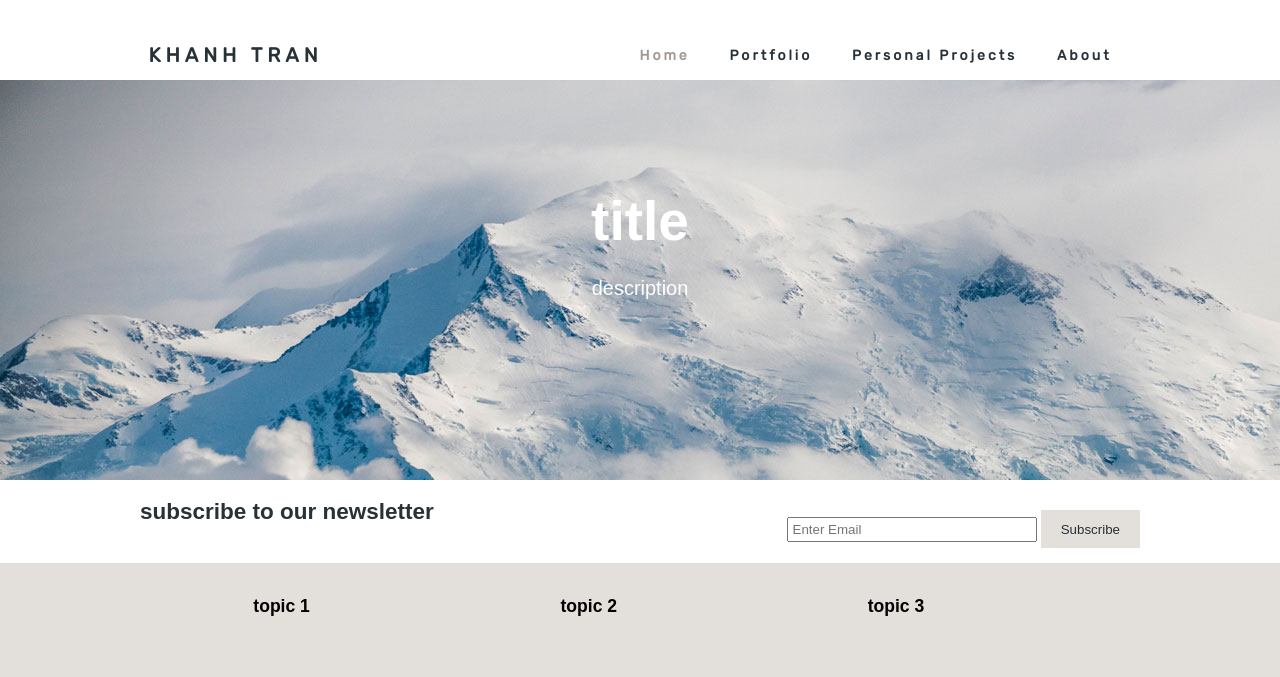
Repository: KTPo/KTPo.github.io
Page: index.html
The author's editor kept a record of every edit. The page is drawn from the files as they stood at one moment, then again after the next edit.
The browser window is 1280 px wide. The pictures show the whole page.

Above is the page before.

After the next edit:
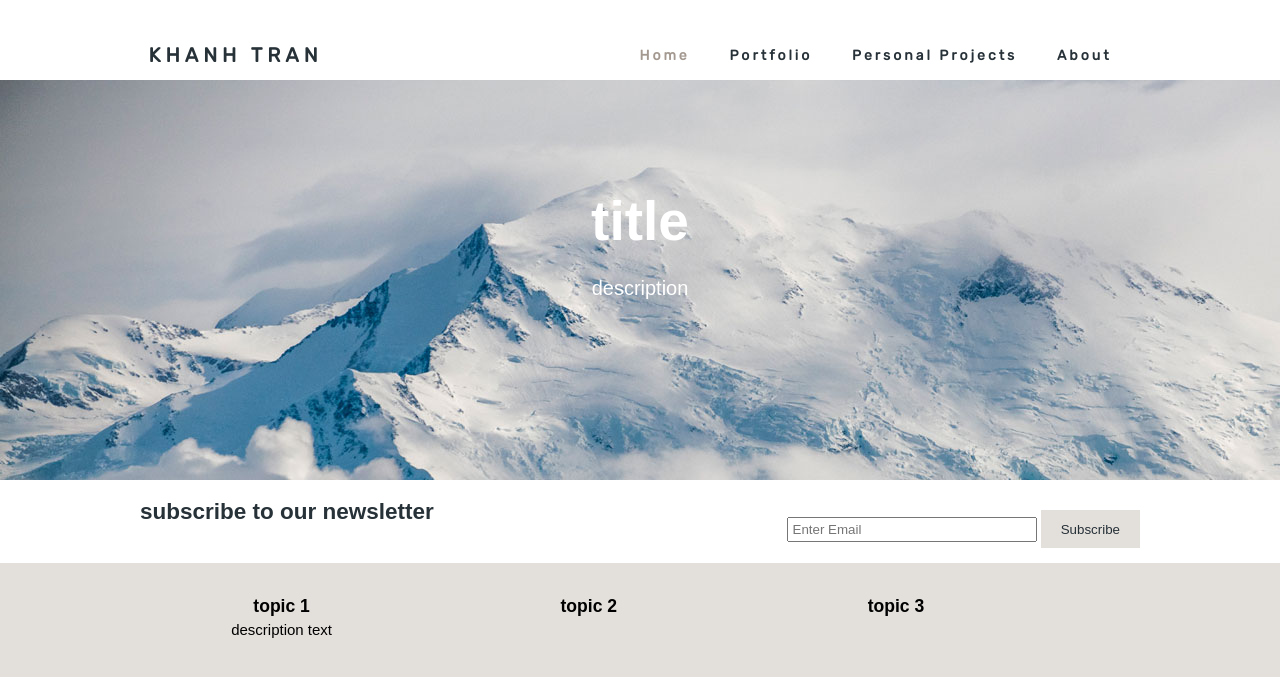
The edit:
--- a/index.html
+++ b/index.html
@@ -59,6 +59,7 @@
             <div class = "container">
                 <div class = "box">
                     <h3>topic 1</h3>
+                    <p>description text</p>
                 </div>
                 <div class = "box">
                     <h3>topic 2</h3>
